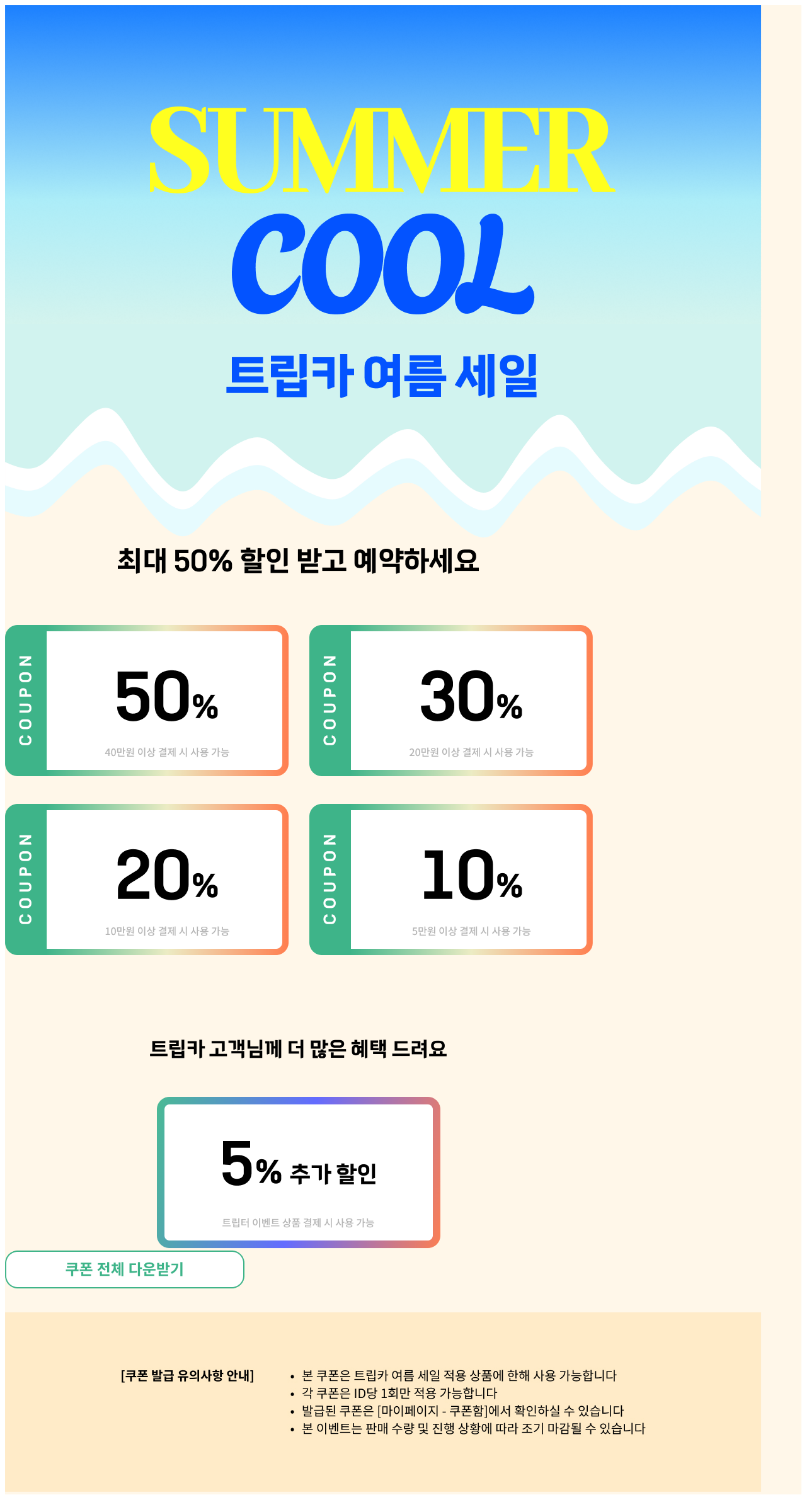
Repository: shin-eekk/project_temp
Page: project.html
These files come from the project's save history. The page is drawn as it stood at one moment and after a run of saves; the edit follows.
The browser window is 1280 px wide. The pictures show the whole page, at 63% of full size.

Above is the page before, as saved 2025-03-25 13:30:46.

### project.html
<!DOCTYPE html>
<html lang="en">
<head>
    <meta charset="UTF-8">
    <meta name="viewport" content="width=device-width, initial-scale=1.0">
    <title>Document</title>
</head>
<body>
    <section id="outpromo" style="background-color: #FFF7E9;">
        <img src="./img/projectBananer.png" alt="">
        <div class="wrap">
            <img src="./img/project_coupon.png" alt="">
            <div>
                <a href="">
                <img src="./img/btn_all.png" alt="">
                </a>
                <a href=""></a>
            </div>
                <p></p>
                <img src="" alt="">
            <div><a href=""></a></div>
        </div>
        <img src="./img/project_footer.jpg" alt="">

    </section>
</body>
</html>

After the next 3 saves:
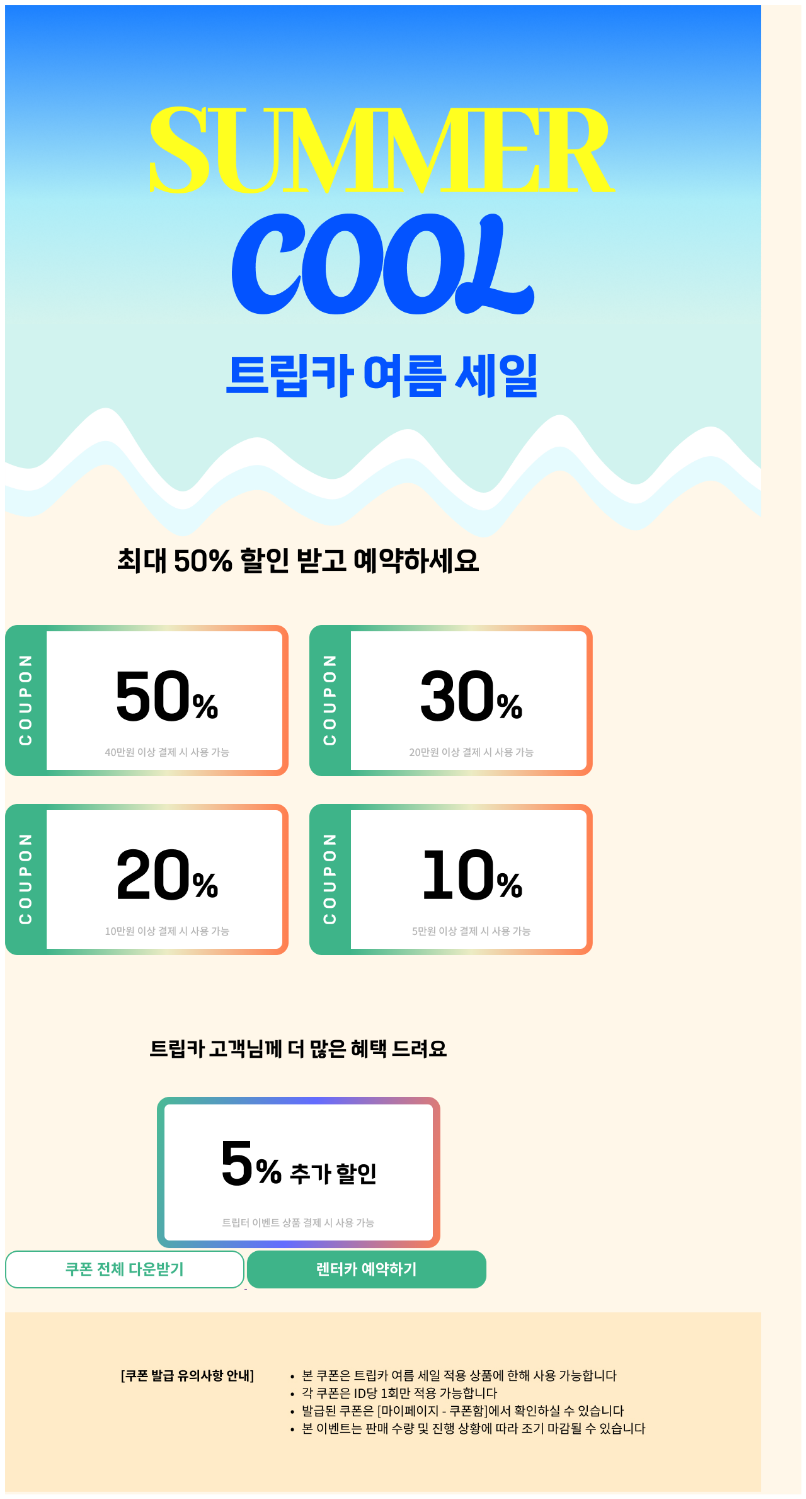
The 3 saves are shown as one change because they came seconds apart.
The last was saved 10 s later.
--- a/project.html
+++ b/project.html
@@ -14,7 +14,9 @@
                 <a href="">
                 <img src="./img/btn_all.png" alt="">
                 </a>
-                <a href=""></a>
+                <a href="">
+                    <img src="./img/btn_rent.png" alt="">
+                </a>
             </div>
                 <p></p>
                 <img src="" alt="">
